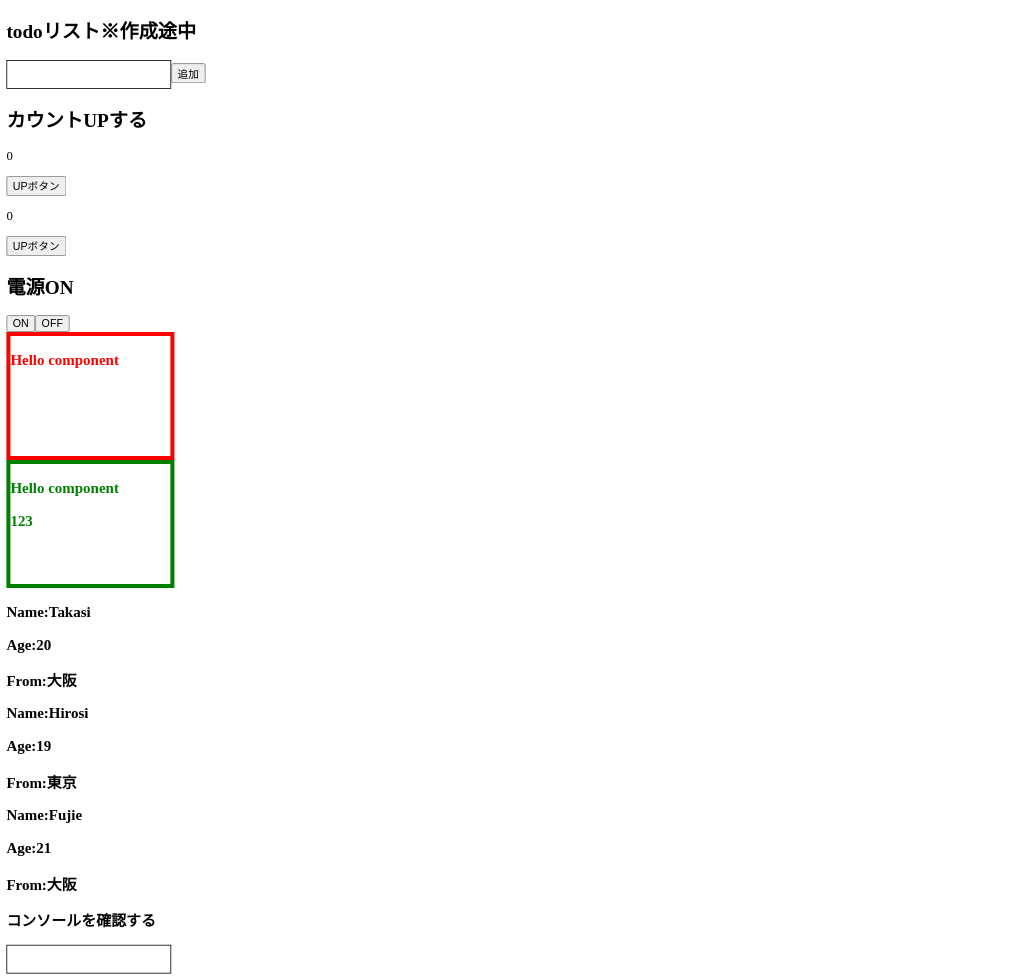
Repository: FujieRyou/react_practice
Page: /
These files come from the project's save history. The page is drawn as it stood at one moment and after the next save; the edit follows.
The browser window is 1280 px wide. The pictures show the whole page, at 80% of full size.
The project was rebuilt for these pictures with package versions that can differ from the ones it lists, and the page was loaded fresh each time. Also part of the build but not shown: vite.config.js, src/components/testComponent.jsx.

Above is the page before, as saved 2023-01-16 02:53:46.

After the next save:
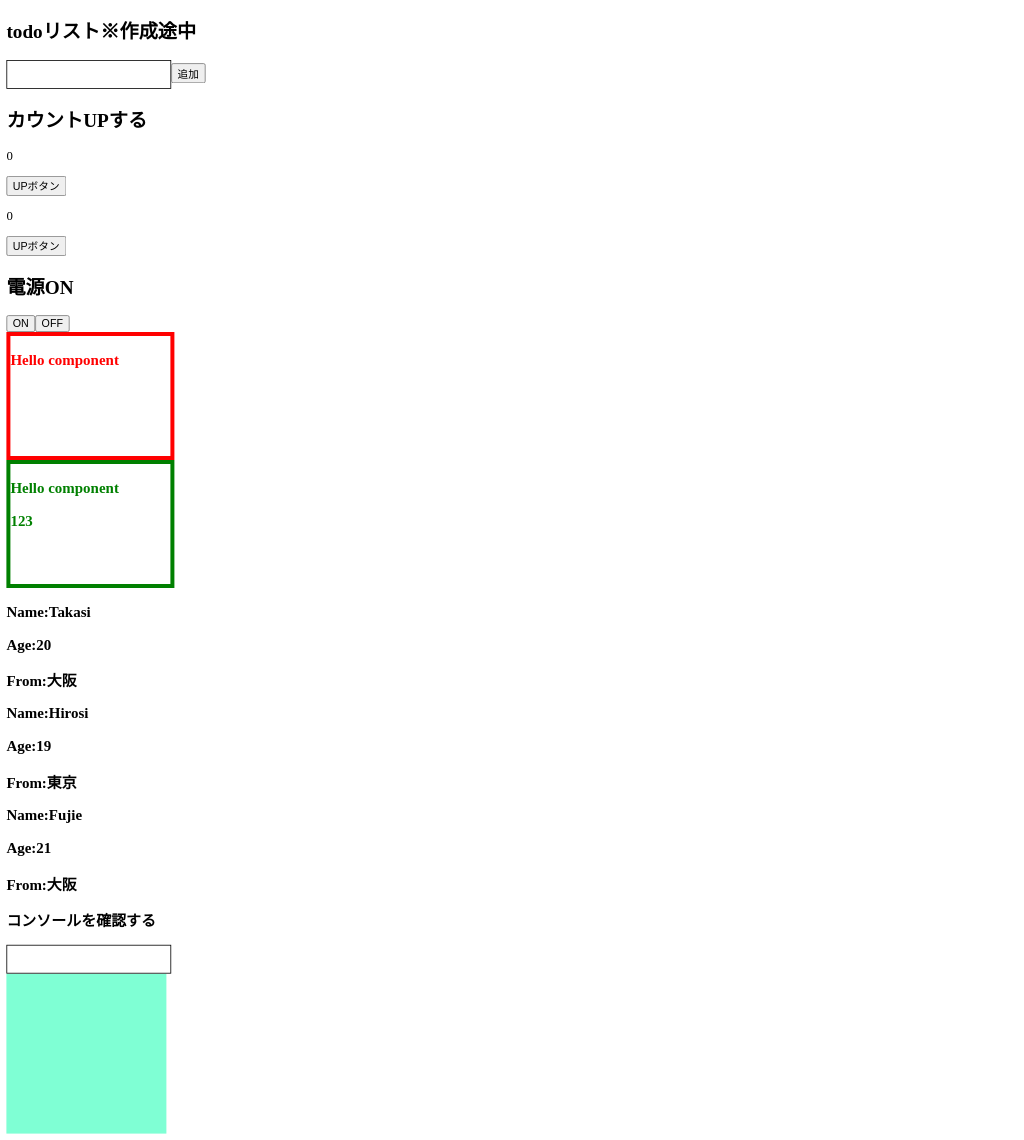
Saved 97 s later.
--- a/src/components/ivent.jsx
+++ b/src/components/ivent.jsx
@@ -17,7 +17,7 @@ const ChangeIvent = () =>{
             />
 
             <div
-            className=""
+            className="mouseInOut"
             onMouseEnter={()=> console.log("カーソルが入ってきました")}
             onMouseLeave={()=> console.log("カーソルがでました")}
             ></div>
